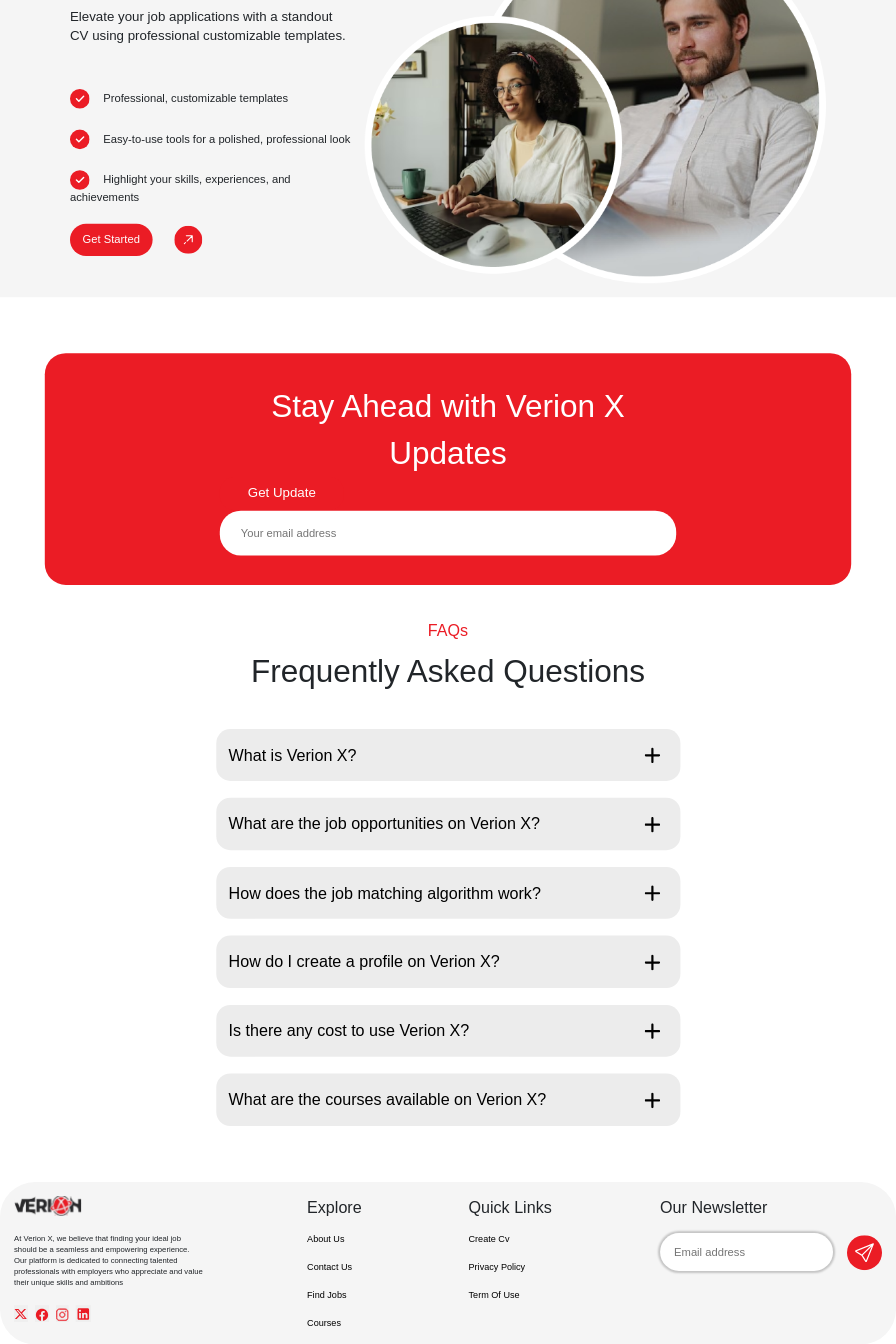
Repository: SahMenz/verionX
Page: /
The author's editor kept a copy of each file at every save. The page is drawn from the files as they stood at one save, then again after the next save.
The browser window is 1280 px wide. The pictures show the part of the page from y = 3472 to 5392 px (the page is 5392 px tall before and 4825 px after), at 70% of full size.
The project was rebuilt for these pictures with package versions that can differ from the ones it lists, and the page was loaded fresh each time. Also part of the build but not shown: vite.config.js.

Above is the page before, as saved 2024-06-27 15:43:22.

### src/App.jsx
import './App.css'
import Home from './components/home/home'
import 'bootstrap/dist/css/bootstrap.min.css';

function App() {

  return (
    <>
      <div>
          <Home />
      </div>
    </>
  )
}

export default App

### src/index.css
button{
    outline: none;
    border: none;
  }

  input{
    border: none;
    outline: none;
}

### src/App.css
*, *::before, *::after{
  padding: 0px;
  margin: 0px;
  box-sizing: border-box;
  font-family: "Rubik", sans-serif;
}

/* BACKGROUND COLORS */

.bg-f5{
  background-color: #F5F5F5;
}
.bg-eb{
  background-color: #EB1C25;
}
.bg-ff{
  background-color: #fff;
}
.bg-d9{
  background-color: #D9D9D9;
}
.bg-00{
  background-color: #000;
}
.bg-ec{
  background-color:#ECECEC;
}
.bg-73{
  background-color: #737373;
}


/* FONT SIZES */

.txt-11{
  font-size: 11px;
}
.txt-13{
  font-size: 13px;
}
.txt-16{
  font-size: 16px;
}
.txt-19{
  font-size: 19px;
}
.txt-23{
  font-size: 23px;
}
.txt-45{
  font-size: 45px;
}
.txt-63{
  font-size: 63px;
}


/* TEXT COLOR */

.txt-eb{
  color:#EB1C25
}
.txt-f3{
  color: #737373
}
.txt-ff{
  color:#fff
}
.txt-00{
  color: #000;
}


/* FONT WEIGHT */

.fw-400{
  font-weight: 400;
}
.fw-500{
  font-weight: 500;
}
.fw-600{
  font-weight: 600;
}


/* LINE HEIGHT */

.lh-19{
  line-height: 19.2px;
}
.lh-75{
  line-height: 55.6px;
}
.lh-26{
  line-height: 26.38px;
}
.lh-22{
  line-height: 22.8px;
}
.lh-27{
  line-height: 27.6px;
}
.lh-15{
  line-height: 15.89px;
}
.lh-13{
  line-height: 13.2px;
}
.lh-54{
  line-height: 54px;
}
.lh-34{
  line-height: 34.5px;
}
.lh-67{
  line-height: 67.5px;
}
.lh-32{
  line-height: 32.2px;
}
.lh-18{
  line-height: 18.96px;
}

### src/components/home/home.jsx
import Footer from "../footer/footer"
import Navigation from "../navigation/navigation"
import AccessCourses from "./accessCourses/accessCourses"
import Companies from "./companies/companies"
import CreateProfessionalCv from "./createProfessionalCv/createProfessionalCv"
import GetNotified from "./getNotified/getNotified"
import Hero from "./hero/hero"
import StayAhead from "./stayAhead/stayAhead"

function Home() {
  return (
    <div >
        <Navigation />
        <Hero />
        <Companies />
        <AccessCourses />
        <StayAhead />
        <CreateProfessionalCv />
        <GetNotified />
        <Footer />
    </div>
  )
}

export default Home

### src/components/footer/footer.jsx
import logo from '../../assets/images/logo.svg';
import CustomSvg from '../customSvg/customSvg';
import './footer.css';

function Footer() {
  return (
    <div className='d-flex bg-f5 justify-content-between footerGeneral gap-5' style={{borderRadius:"50px"}}>
        <div className='d-flex flex-column' style={{width:"272px", height:"166px"}}>
            <img  src={logo} style={{width:"97.2px"}}/>
            <div className='fw-400 lh-15 txt-11 py-4'>
                At Verion X, we believe that finding your ideal job should be a
                seamless and empowering experience. Our platform is dedicated to connecting talented
                professionals with employers who appreciate and value their unique skills and ambitions
            </div>
            <div className='d-flex align-items-center justify-content-between' style={{width:"110px"}}>
                <button><CustomSvg name="x"/></button>
                <button><CustomSvg name="facebook"/></button>
                <button><CustomSvg name="insta"/></button>
                <button><CustomSvg name="linkedin"/></button>
            </div>
        </div>
        <div className='d-flex flex-column justify-content-between' style={{width:"84px", height:"192px"}}>
            <div className='fw-500 txt-23 lh-32'>Explore</div>
            <a href="#" className='txt-00 fw-400 txt-13 lh-18 text-decoration-none'>About Us</a>
            <a href="#" className='txt-00 fw-400 txt-13 lh-18 text-decoration-none'>Contact Us</a>
            <a href="#" className='txt-00 fw-400 txt-13 lh-18 text-decoration-none'>Find Jobs</a>
            <a href="#" className='txt-00 fw-400 txt-13 lh-18 text-decoration-none'>Courses</a>
        </div>
        <div className='d-flex flex-column justify-content-between' style={{width:"127px", height:"152px"}}>
            <div className='fw-500 txt-23 lh-32'>Quick Links</div>
            <a href="#" className='txt-00 fw-400 txt-13 lh-18 text-decoration-none'>Create Cv</a>
            <a href="#" className='txt-00 fw-400 txt-13 lh-18 text-decoration-none'>Privacy Policy</a>
            <a href="#" className='txt-00 fw-400 txt-13 lh-18 text-decoration-none'>Term Of Use</a>
        </div>
        <div className='d-flex flex-column justify-content-between' style={{height:"107px"}}>
            <div className='fw-500 txt-23 lh-32'>Our Newsletter</div>
            <div>
                <input  type='text' placeholder='Email address' style={{marginRight:"20px",borderRadius:"30px", padding:"15px 20px", boxShadow: "0px 0px 3px 3px rgba(0, 0, 0, 0.2)"}}/>
                <button className='bg-f5'><CustomSvg name="telegram"/></button>
            </div>
        </div>
    </div>
  )
}

export default Footer

### src/components/home/createProfessionalCv/createProfessionalCv.jsx
import createProfessionalImage from '../../../assets/images/createProfessionalImage.png';
import CustomSvg from '../../customSvg/customSvg';
import './createProfessionalCv.css';

function CreateProfessionalCv() {
  return (
    <div className='d-flex flex-column createGeneral bg-f5 flex-xl-row align-items-center'>
        <div style={{maxWidth:"507px"}}>
            <div className='fw-500 lh-19 txt-16 txt-f3 adjustText' style={{margin:"0px 0px 8px 0px"}}>3. Make an impression on potential employers.</div>
            <div className='fw-500 lh-27 txt-23 adjust23' style={{margin:"0px 0px 20px 0px"}}>Create Professional CVs</div>
            <div className='fw-400 txt-19 lh-23 adjust19' style={{margin:"0px 0px 60px 0px"}}>Elevate your job applications with a standout CV using professional customizable templates.</div>
            <div className='fw-400 txt-16 lh-19 adjustText' style={{marginBottom:"29px"}}><CustomSvg name="createProfessionalTick"/> <span style={{marginLeft:"15px"}}>Professional, customizable templates</span></div>
            <div className='fw-400 txt-16 lh-19 adjustText' style={{marginBottom:"29px"}}><CustomSvg name="createProfessionalTick"/> <span style={{marginLeft:"15px"}}>Easy-to-use tools for a polished, professional look</span></div>
            <div className='fw-400 txt-16 lh-19 adjustText' style={{marginBottom:"29px"}}><CustomSvg name="createProfessionalTick"/> <span style={{marginLeft:"15px"}}>Highlight your skills, experiences, and achievements</span></div>
            <div className="d-flex align-items-center justify-content-between" style={{width:"189px"}}>
                <button className="bg-eb txt-ff" style={{padding:"11px 18px", borderRadius:"30px"}}>Get Started</button>
                <CustomSvg name="arrowTopRight" className=""/>
            </div>
        </div>
        <img src={createProfessionalImage} className='mt-5 mt-xl-0 mixedImage ms-xl-3' style={{maxWidth:"659px"}}/>
    </div>
  )
}

export default CreateProfessionalCv

### src/components/home/getNotified/getNotified.jsx
import './getNotified.css';
import Accordion from './accordion/accordion.jsx'


function GetNotified() {
  return (
    <div className='d-flex align-items-center flex-column getContainer'>
        <div className="bg-eb d-flex flex-column justify-content-between getGeneral text-center">
            <div className="fw-500 txt-ff xl-lh-54 getNotified text-center">Stay Ahead with Verion X Updates</div>
            <form action="" className='d-flex'>
              <input type="text" placeholder="Your email address" className='inputText mt-lg-5 mt-4' style={{position:"relative",borderRadius:"30px", padding:"20px 0px 20px 30px", maxWidth:"652px"}}/>
              <button className='bg-eb txt-ff lh-22 fw-400 txt-19' style={{position:"absolute", padding:"12px 40px", borderRadius:"20px"}}>Get Update</button>
            </form>
        </div>
        <div>
            <div className='text-center txt-eb fw-500 lh-34 textFaq mb-2 mt-5'>FAQs</div>
            <div className='text-center fw-500 lh-64 textFre mb-5'>Frequently Asked Questions</div>
            <div className='d-flex flex-wrap gap-3  gap-xl-4 px-xl-2 justify-content-center' style={{maxWidth:"1390px"}}>
                <Accordion
                    title="What is Verion X?"
                    accordionDescription="
                        Verion X is a comprehensive career development platform designed to help you achieve your professional goals. We connect job seekers with
                        top employers, offer a wide range of skill-enhancing courses, and
                        provide professional CV templates to help you stand out in the
                        job market."
                />

                <Accordion
                    title="What are the job opportunities on Verion X?"
                    accordionDescription="
                        Verion X is a comprehensive career development platform designed to help you achieve your professional goals. We connect job seekers with
                        top employers, offer a wide range of skill-enhancing courses, and
                        provide professional CV templates to help you stand out in the
                        job market."
                />

                <Accordion
                    title="How does the job matching algorithm work?"
                    accordionDescription="
                        Verion X is a comprehensive career development platform designed to help you achieve your professional goals. We connect job seekers with
                        top employers, offer a wide range of skill-enhancing courses, and
                        provide professional CV templates to help you stand out in the
                        job market."
                />

                <Accordion
                    title="How do I create a profile on Verion X?"
                    accordionDescription="
                        Verion X is a comprehensive career development platform designed to help you achieve your professional goals. We connect job seekers with
                        top employers, offer a wide range of skill-enhancing courses, and
                        provide professional CV templates to help you stand out in the
                        job market."
                />

                <Accordion
                    title="Is there any cost to use Verion X?"
                    accordionDescription="
                        Verion X is a comprehensive career development platform designed to help you achieve your professional goals. We connect job seekers with
                        top employers, offer a wide range of skill-enhancing courses, and
                        provide professional CV templates to help you stand out in the
                        job market."
                />

                <Accordion
                    title="What are the courses available on Verion X?"
                    accordionDescription="
                        Verion X is a comprehensive career development platform designed to help you achieve your professional goals. We connect job seekers with
                        top employers, offer a wide range of skill-enhancing courses, and
                        provide professional CV templates to help you stand out in the
                        job market."
                />
            </div>
        </div>
    </div>
  )
}

export default GetNotified


// {
//   accordionOpen ?
//   <button className='bg-ec flex-column d-flex transitions align-items-center justify-content-between' onClick={toggleAccordion} style={{borderRadius:"20px",width:"90vw", maxWidth:"663px"}}>
//     <div className='d-flex align-items-center justify-content-between' style={{padding:"20px 29px 20px 18px", width:"90vw", maxWidth:"663px"}}>
//         <div className='fw-400 textAdjust text-start lh-34' style={{width:"70vw"}}>What is Verion X?</div>
//         <div><CustomSvg name="minus" /></div>
//     </div>
//     <div className='fw-400 txt-16 lh-26 accordionDesc' style={{borderRadius:"20px", padding:"20px 29px 20px 18px", width:"90vw", maxWidth:"663px"}}>
//         Verion X is a comprehensive career development platform designed to help you achieve your professional goals. We connect job seekers with
//         top employers, offer a wide range of skill-enhancing courses, and
//         provide professional CV templates to help you stand out in the
//         job market.
//     </div>
//   </button>

//   :

//   <button className='transitions bg-ec d-flex align-items-center justify-content-between' onClick={toggleAccordion} style={{borderRadius:"20px",width:"90vw", maxWidth:"663px"}}>
//     <div className='d-flex align-items-center justify-content-between' style={{padding:"20px 29px 20px 18px", width:"90vw", maxWidth:"663px"}}>
//         <div className='fw-400 textAdjust text-start lh-34' style={{width:"70vw"}}>What is Verion X?</div>
//         <div><CustomSvg name="plus" /></div>
//     </div>
//   </button>
// }

### src/components/home/stayAhead/stayAhead.jsx
import groupImage from '../../../assets/images/groupImage.png';
import './stayAhead.css';

function StayAhead() {
  return (
    <div className='generalStay'>
        <div className='textStay fw-500' style={{maxWidth:"875px"}}>Stay <span className='txt-eb'>Ahead</span> of Opportunities with Unmatched <span className='txt-eb'>Access</span></div>
        <div className='text-center mt-5'>
            <img src={groupImage} className='groupPhotos' alt="" />
        </div>
    </div>
  )
}

export default StayAhead

### src/components/footer/footer.css
.footerGeneral{
    padding: 20px 20px;
    flex-wrap: wrap
}

@media (min-width:1400px){
    .footerGeneral{
        padding: 64px 109px
    }
}

### src/components/navigation/navigation.css
.navContainer{
    padding: 22px 100px;
    box-shadow: 0px 10px 10px 10px rgba(0, 0, 0, 0.2);
}
.switchmode{
    width: 17vw;
    min-width: 200px;
    max-width: 254px;
}
.navigationLink{
    width: 56vw;
    min-width: 600px;
    max-width: 888px;
}
.links{
    width: 30vw;
    min-width: 300px;
    max-width: 482px;
}
@media screen and (min-width:325px) and (max-width:992px) {
    .navContainer{
        padding: 18px 60px;
    }
}

### src/components/home/accessCourses/accessCourses.css
.accessGeneral{
    padding: 10px 20px;
}
.enhance{
    font-size: 4vw;
    margin-top: 20px;
}
.access{
    font-size: 6vw;
}
.unlock{
    font-size: 4vw;
}
.opacebackground{
    background-color:rgba(217, 217, 217, 0.6);
}
.manPressingLaptop{
    background-image: url('../../../assets/images/accessCoursesImage.png');
    background-size: cover;
    border-Radius: 10px;
    background-position: center;
    height: 530px;
    width: 65vw;
}
.imagetext{
    position: absolute;
    top: 50%;
    left: 63%;
    transform: translate(-50%, -50%);
}

@media (min-width: 478px) {
    .enhance{
        font-size: 3vw;
    }
    .access{
        font-size: 5vw;
    }
    .unlock{
        font-size: 3vw;
    }
}
@media (min-width: 665px) {
    .enhance{
      font-size: 2.5vw;
    }
    .access{
      font-size:4.5vw;
    }
    .unlock{
        font-size: 2.5vw;
    }
}
@media (min-width:730px){
    .accessGeneral{
      padding: 20px 100px;
    }
    .enhance{
        font-size: 16px;
      }
      .access{
        font-size:23px;
      }
      .unlock{
          font-size: 16px;
      }
  }
  @media (min-width:1400px){
    .accessGeneral{
        justify-content: space-between!important;
    }
  }

### src/components/home/companies/companies.css
.companyGeneral{
    padding: 50px 5px;
}
.companyJobs:hover{
    cursor: pointer;
    box-shadow: 0px -1.65px 20px 0px rgba(0, 0, 0, 0.25);
    -webkit-transition: transform 0.6s ease-in-out;
    -moz-transition: transform 0.6s ease-in-out;
    -ms-transition: transform 0.6s ease-in-out;
    -o-transition: transform 0.6s ease-in-out;
    transition: transform 0.6s ease-in-out;
    -webkit-transform: scale(1.09);
    -moz-transform: scale(1.09);
    -ms-transform: scale(1.09);
    -o-transform: scale(1.09);
    transform: scale(1.09);
}
@media (min-width:322px){
    .companyJobs{
        width: 295px;
    }
}

### src/components/home/createProfessionalCv/createProfessionalCv.css
.createGeneral{
    padding: 10px 20px;
}
.mixedImage{
    width: 85vw;
}
.adjustText{
    font-size: 4vw;
}
.adjust19{
    font-size: 5vw;
}
.adjust23{
    font-size: 6vw;
}
@media (min-width: 478px) {
    .adjustText{
        font-size: 3.5vw;
    }
    .adjust19{
        font-size: 4.5vw;
    }
    .adjust23{
        font-size: 5.5vw;
    }
}
@media (min-width: 560px) {
    .adjustText{
        font-size: 3vw;
    }
    .adjust19{
        font-size: 4vw;
    }
    .adjust23{
        font-size: 5vw;
    }
}
@media (min-width:630px){
    .createGeneral{
        padding: 20px 100px;
    }
    .adjustText{
        font-size: 16px;
    }
    .adjust19{
        font-size: 19px;
    }
    .adjust23{
        font-size: 23px;
    }
}
@media (min-width:1400px){
    .createGeneral{
        justify-content: space-between;
    }
}

### src/components/home/getNotified/getNotified.css
.getNotified{
    font-size: 6vw;
    max-width: 564px;
}
.getContainer{
    margin:30px 0px;
}
.getGeneral{
    padding: 10px 30px;
    align-items: center;
    width: 90vw;
    max-width: 1390px;
    -webkit-border-radius:30px;
    -moz-border-radius:30px;
    -ms-border-radius:30px;
    -o-border-radius: 30px;
    border-radius: 30px;
}
.inputText{
    width:70vw;
    max-width: 652px;
}
.accordionDesc{
    text-align: start;
}
.accordionDesc{
    -webkit-transition: opacity 0.5s ease-in-out;
    -moz-transition: opacity 0.5s ease-in-out;
    -ms-transition: opacity 0.5s ease-in-out;
    -o-transition: opacity 0.5s ease-in-out;
    transition: opacity 0.5s ease-in-out;
    opacity: 1;
}
@media (min-width:400px) {
    .getNotified{
        font-size: 5.5vw;
    }
    .textFre{
        font-size: 5vw;
    }
    .textFaq{
        font-size: 23px;
    }
}
@media (min-width:919px) {
    .getNotified{
        font-size: 45px;
    }
    .textAdjust{
        font-size: 23px !important;
    }
    .getContainer{
        margin:80px 0px;
    }
    .textFre{
        font-size: 45px;
    }
}
@media (min-width:1200px){
    .getGeneral{
        padding: 42px 0;
    }
}

### src/components/home/getNotified/accordion/accordion.jsx
import { useState } from 'react';
import CustomSvg from '../../../customSvg/customSvg'

function Accordion({title, accordionDescription}) {

  const  [accordionOpen, setAccordionOpen] = useState(true);

  return (
        <button className={`bg-ec flex-column align-items-center justify-content-between ${accordionOpen ? "d-flex" : ""}`} onClick={() => setAccordionOpen(!accordionOpen)} style={{borderRadius:"20px",width:"90vw", maxWidth:"663px"}}>
            <div className='d-flex align-items-center justify-content-between' style={{padding:"20px 29px 20px 18px", width:"90vw", maxWidth:"663px"}}>
                <div className='fw-400 textAdjust text-start lh-34' style={{width:"70vw"}}>{title}</div>
                {accordionOpen ? <div><CustomSvg name="plus" /></div> : <div><CustomSvg name="minus" /></div>}
            </div>
            <div className={`fw-400 txt-16 lh-26 accordionDesc ${accordionOpen ? "d-none" : "d-flex"}`} style={{borderRadius:"20px", padding:"20px 29px 20px 18px", width:"90vw", maxWidth:"663px"}}>
                {accordionDescription}
            </div>
        </button>
  )
}

export default Accordion

### src/components/home/hero/hero.css
  .largeTxt{
    font-size: 10vw;
  }
  .exploretxt{
    font-size: 4vw;
  }
  .heroGeneral{
    padding: 10px 20px;
  }
  .inputButton{
    border:none;
    /* position:absolute; */
    /* right: 0; */
    -webkit-border-radius:0px 10px 10px 0px;
    -moz-border-radius:0px 10px 10px 0px;
    -ms-border-radius:0px 10px 10px 0px;
    -o-border-radius:0px 10px 10px 0px;
    border-radius:0px 10px 10px 0px;
}
.inputText{
  /* width: 40vw; */
  /* max-width: 733px; */
  -webkit-border-radius:10px 0px 0px 10px;
    -moz-border-radius:10px 0px 0px 10px;
    -ms-border-radius:10px 0px 0px 10px;
    -o-border-radius:10px 0px 0px 10px;
    border-radius:10px 0px 0px 10px;
}
  @media (min-width: 478px) {
    .largeTxt{
      line-height: 75px;
    }
    .exploretxt{
      font-size: 3vw;
    }
  }
  @media (min-width: 632px) {
    .largeTxt{
      font-size: 9vw;
    }
    .exploretxt{
      font-size:2.5vw;
    }
  }
  @media (min-width:730px){
    .largeTxt{
      font-size: 63px;
    }
    .exploretxt{
      font-size: 19px;
    }
    .heroGeneral{
      padding: 20px 100px;
    }
  }
  @media(min-width:1400){
    .heroGeneral{
      justify-content: space-between;
    }
  }

### src/components/home/stayAhead/stayAhead.css
.generalStay{
    padding: 10px 20px;
}
.groupPhotos{
    width:80vw;
    max-width: 1390px;
}
.textStay{
    font-size: 7vw;
}
@media (min-width:500px){
    .textStay{
        font-size: 6.5vw;
    }
}
@media (min-width:650px){
    .textStay{
        font-size: 6vw;
    }
    .generalStay{
        padding: 40px 100px;
    }
}
@media (min-width:1200px){
    .textStay{
        font-size: 63px;
}
}

Loaded but not shown: src/main.jsx (common file); src/components/customSvg/customSvg.jsx (199 lines, source omitted); src/components/navigation/navigation.jsx (63 lines, source omitted); src/components/home/hero/hero.jsx (66 lines, source omitted); src/data.jsx (92 lines, source omitted); src/components/home/accessCourses/accessCourses.jsx (46 lines, source omitted); src/components/home/companies/companies.jsx (41 lines, source omitted)

After the next save:
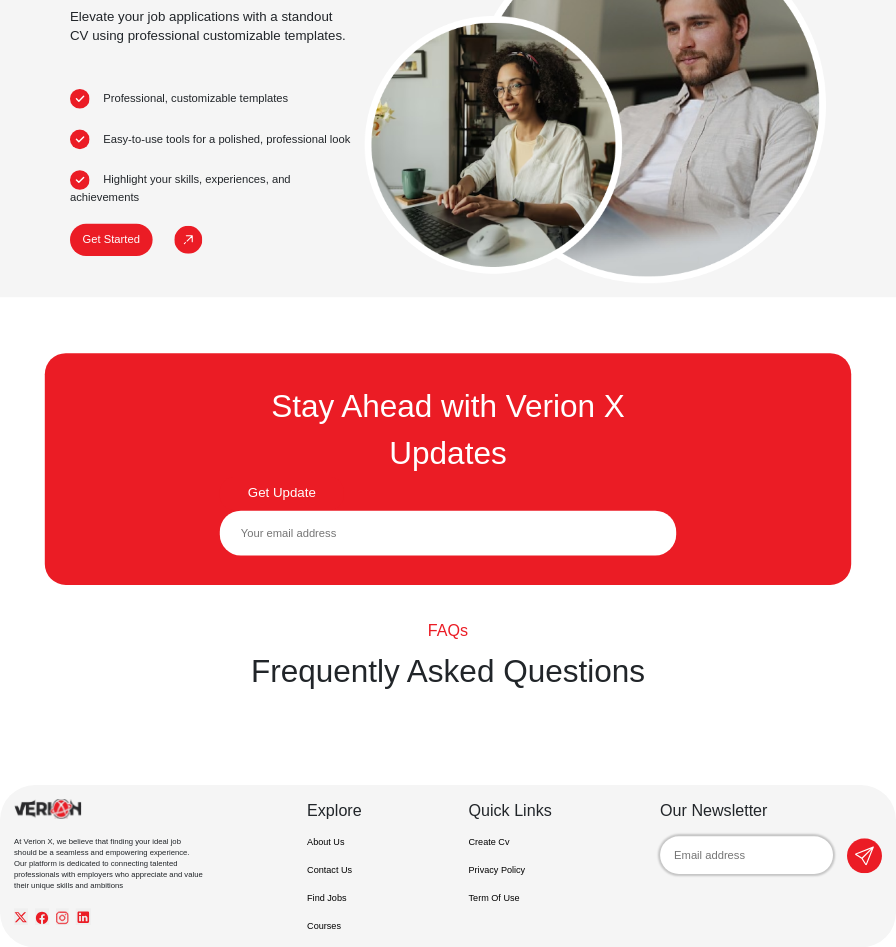
Saved 75 s later.
--- a/src/components/home/getNotified/getNotified.jsx
+++ b/src/components/home/getNotified/getNotified.jsx
@@ -16,16 +16,16 @@
             <div className='text-center txt-eb fw-500 lh-34 textFaq mb-2 mt-5'>FAQs</div>
             <div className='text-center fw-500 lh-64 textFre mb-5'>Frequently Asked Questions</div>
             <div className='d-flex flex-wrap gap-3  gap-xl-4 px-xl-2 justify-content-center' style={{maxWidth:"1390px"}}>
-                <Accordion
+                {/* <Accordion
                     title="What is Verion X?"
                     accordionDescription="
                         Verion X is a comprehensive career development platform designed to help you achieve your professional goals. We connect job seekers with
                         top employers, offer a wide range of skill-enhancing courses, and
                         provide professional CV templates to help you stand out in the
                         job market."
-                />
+                /> */}
 
-                <Accordion
+                {/* <Accordion
                     title="What are the job opportunities on Verion X?"
                     accordionDescription="
                         Verion X is a comprehensive career development platform designed to help you achieve your professional goals. We connect job seekers with
@@ -68,7 +68,7 @@
                         top employers, offer a wide range of skill-enhancing courses, and
                         provide professional CV templates to help you stand out in the
                         job market."
-                />
+                />     */}
             </div>
         </div>
     </div>
